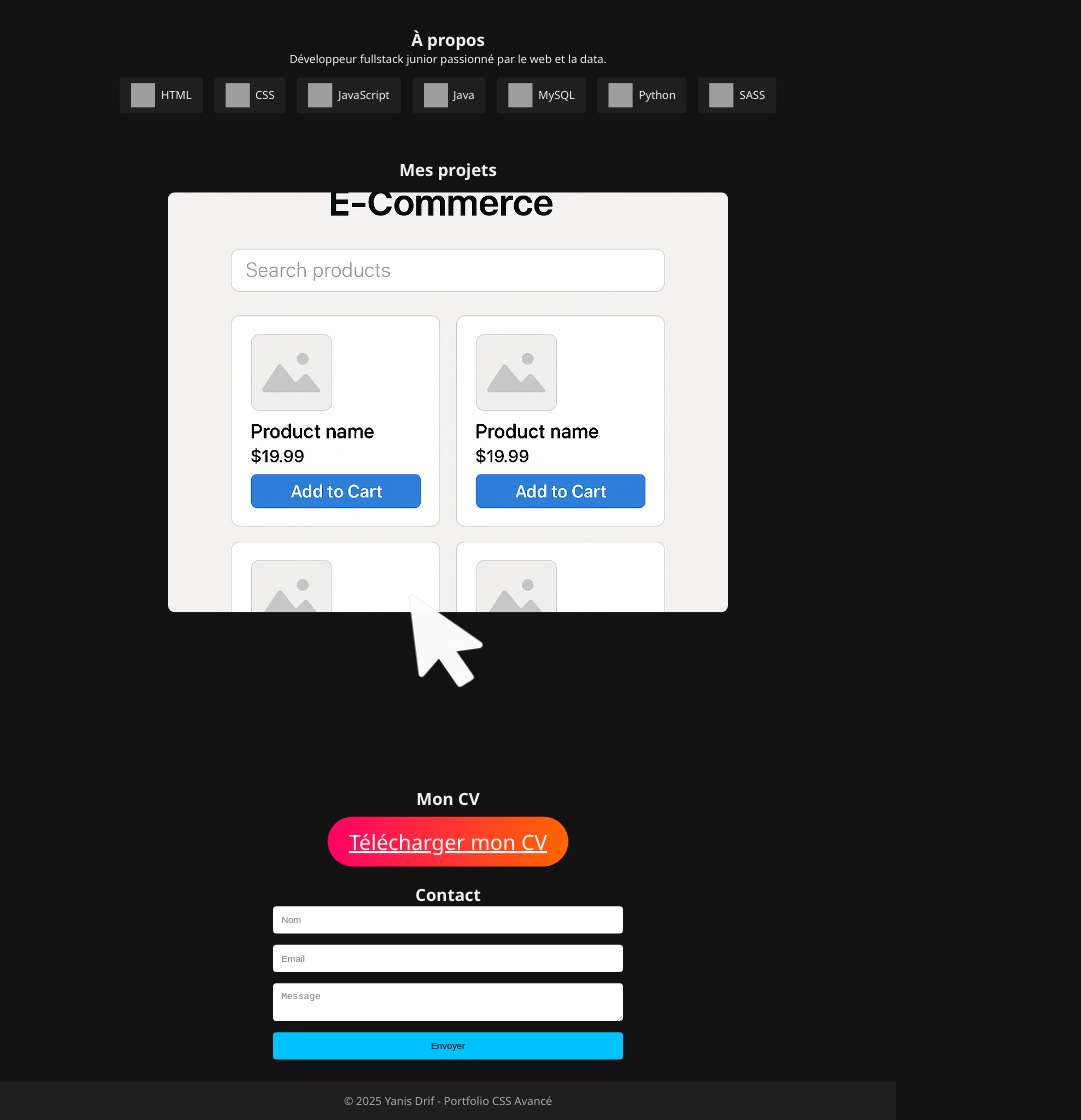
Repository: Yxniiss/ProjetCssAvance
Page: OneDrive/Bureau/Portfolio DrifYanis/home.html
The author's editor kept a copy of each file at every save. The page is drawn from the files as they stood at one save, then again after the next save.
The browser window is 1280 px wide. The page is 1544 px wide, so the pictures cover 1544 px, including what lies to the right of the window. The pictures show the part of the page from y = 824 to 2424 px (the page is 2424 px tall), at 70% of full size.
Pictures or frames that could not be fetched are drawn as grey boxes.

Above is the page before, as saved 2025-04-10 11:36:50.
Console error: TypeError: Cannot set properties of null (setting 'textContent')

### OneDrive/Bureau/Portfolio DrifYanis/home.html
<!DOCTYPE html>
<html lang="fr">
<head>
  <meta charset="UTF-8" />
  <meta name="viewport" content="width=device-width, initial-scale=1.0" />
  <title>Portfolio - Yanis Drif</title>
  <link rel="stylesheet" href="/style.css" />
  <script defer src="/script.js"></script>
</head>
<body>
  <nav class="navbar">
    <div class="logo">Yanis Drif</div>
    <ul class="nav-links">
      <li><a href="#apropos">À propos</a></li>
      <li><a href="#projets">Projets</a></li>
      <li><a href="#cv">CV</a></li>
      <li><a href="#contact">Contact</a></li>
    </ul>
  </nav>

  <header class="hero">
    <img src="/image/IMG_0965 (2).jpeg" alt="Photo de profil" class="hero__image" />
    <div class="hero__content">
      <h1 class="hero__name">Yanis Drif</h1>
      <p class="hero__tagline">Développeur <span>Web</span> & Passionné de Data</p>
      <p class="hero__desc">Musique 🎧 | Jeux Vidéo 🎮 | Basket 🏀</p>
      <a href="#projets" class="btn">Voir mes projets</a>
    </div>
  </header>

  <section id="apropos" class="section about">
    <h2>À propos</h2>
    <p>Développeur fullstack junior passionné par le web et la data.</p>
    <div class="skills">
      <div class="skill"><img src="https://devicon-website.vercel.app/api/html5/original-wordmark.svg" alt="HTML">HTML</div>
      <div class="skill"><img src="https://devicon-website.vercel.app/api/css3/original-wordmark.svg" alt="CSS">CSS</div>
      <div class="skill"><img src="https://devicon-website.vercel.app/api/javascript/original.svg" alt="JavaScript">JavaScript</div>
      <div class="skill"><img src="https://devicon-website.vercel.app/api/java/original-wordmark.svg" alt="Java">Java</div>
      <div class="skill"><img src="https://devicon-website.vercel.app/api/mysql/plain-wordmark.svg" alt="MySQL">MySQL</div>
      <div class="skill"><img src="https://devicon-website.vercel.app/api/python/original-wordmark.svg" alt="Python">Python</div>
      <div class="skill"><img src="https://devicon-website.vercel.app/api/sass/original.svg" alt="SASS">SASS</div>
    </div>
  </section>

  <section id="projets" class="section projets">
    <h2>Mes projets</h2>
    <div class="projects carousel">
      <img src="image/ChatGPT Image 10 avr. 2025, 11_03_09.png" alt="Projet 1"/>
      <img src="/image/ChatGPT Image 10 avr. 2025, 11_09_31.png" alt="Projet 2" />
      <img src="/image/ChatGPT Image 10 avr. 2025, 11_11_38.png" alt="Projet 3" />
    </div>
    <div class="cursor2">
      <img src="/image/fecd8f8b-00be-49a2-b5b1-3fb5a8c2059e.png">
    </div>
  </section>

  <section id="cv" class="section cv">
    <h2>Mon CV</h2>
    <a href="/doc/CV Yanis (1) (1).pdf" download class="btn2">Télécharger mon CV</a>
  </section>

  <section id="contact" class="section contact">
    <h2>Contact</h2>
    <form class="contact-form">
      <input type="text" placeholder="Nom" required />
      <input type="email" placeholder="Email" required />
      <textarea placeholder="Message" required></textarea>
      <button type="submit">Envoyer</button>
    </form>
  </section>

  <footer>
    <p>&copy; 2025 Yanis Drif - Portfolio CSS Avancé</p>
  </footer>
</body>
</html>

### OneDrive/Bureau/Portfolio DrifYanis/style.css
* {
    margin: 0;
    padding: 0;
    box-sizing: border-box;
  }

  body {
    font-family: "Segoe UI", sans-serif;
    background-color: #121212;
    color: #f1f1f1;
  }


  .navbar {
    display: flex;
    justify-content: space-between;
    padding: 1rem 2rem;
    background-color: #1f1f1f;
  }

  .nav-links {
    display: flex;
    list-style: none;
    gap: 1.5rem;
  }

  .nav-links a {
    color: #00c2ff;
    text-decoration: none;
  }

  .hero {
    padding: 3rem 1rem;
    text-align: center;

  }

  .hero__name{
    position: relative;
    left: 280px;
    bottom:500px;

  }

  .hero__tagline{
    position: relative;
    left:280px;
    bottom:490px;
  }

  .hero__desc{
    position: relative;
    left:280px;
    bottom:490px;}

  .hero__image {
    border-radius: 25%;
    width: 400px;
    border: 1px solid #ffffff;
    margin-bottom: 1rem;
    position: relative;
    right:500px ;
  }

  .section {
    padding: 2rem 1rem;
    text-align: center;
  }

  .projects {
    display: flex;
    justify-content: center;
    gap: 1rem;
    flex-wrap: wrap;
    margin-top: 1rem;
  }

  .projects img {
    width: 800px;
    height: 600px;
    -o-object-fit: cover;
       object-fit: cover;
    border-radius: 10px;
  }

  .cursor2 img{
    width: 180px;
    position:relative;
    bottom:50px

  }

  .skills {
    display: flex;
    flex-wrap: wrap;
    gap: 1rem;
    justify-content: center;
    margin-top: 1rem;
  }

  .skill {
    display: flex;
    align-items: center;
    gap: 0.5rem;
    background-color: #1f1f1f;
    padding: 0.5rem 1rem;
    border-radius: 5px;
    transition: 0.3s ease, opacity 0.3s ease;
  }

  .skill:hover{
    transform: scale(1.2);
    opacity: 0.8;
  }

  .skill img {
    width: 35px;
    height: 35px;
  }

  footer {
    padding: 1rem;
    text-align: center;
    background-color: #1f1f1f;
    color: #aaa;
  }

  .btn {
    padding: 15px 30px;
    font-size: 30px;
    position: relative;
    left: 300px;
    bottom:150px;
    color:white;
    background: linear-gradient(90deg, #ff0066, #ff6600);
    border:none;
    border-radius: 50px;
    cursor: pointer;
    box-shadow: 0 4px 15px rgba(255,0,102,0);
    transition: box-shadow 0.3s ease, transform 0.3s ease;
  }

  .btn:hover{
    box-shadow: 0 10px 20px rgba(255,0,102,0.5);
    transform: translateY(-3px);
  }

  .btn2 {
    padding: 15px 30px;
    font-size: 30px;
    position: relative;
    left: 0px;
    top:25px;
    color:white;
    background: linear-gradient(90deg, #ff0066, #ff6600);
    border:none;
    border-radius: 50px;
    cursor: pointer;
    box-shadow: 0 4px 15px rgba(255,0,102,0);
    transition: box-shadow 0.3s ease, transform 0.3s ease;
  }

  .btn2:hover{
    box-shadow: 0 10px 20px rgba(255,0,102,0.5);
    transform: translateY(-3px);
  }


  .contact-form {
    max-width: 500px;
    margin: auto;
    display: flex;
    flex-direction: column;
    gap: 1rem;
  }

  .contact-form input,
  .contact-form textarea {
    padding: 0.75rem;
    border: none;
    border-radius: 5px;
  }

  .contact-form button {
    background-color: #00c2ff;
    color: #000;
    padding: 0.75rem;
    border: none;
    border-radius: 5px;
    cursor: pointer;
  }

  .start h1{
    text-align: left;
    margin-top: 100px;
    font-size: 35px;
    margin-left: 100px;
  }

  .start h2{
    text-align: left;
    margin-top: 1px;
    font-size: 70px;
    margin-left: 100px;
  }

  .start h3{
    text-align: left;
    margin-top: 1px;
    font-size: 35px;
    margin-left: 100px;
  }

  #mot {
    color:#00c2ff;
  }

  #cursor{
    display: inline-block;
    width: 10px;
    background-color:black;
    animation: blink 0.8s step-end infinite;
  }

  @keyframes blink{
    50% {
      opacity: 0;
    }
  }

  @keyframes typing{
    from{
      width: 0;
    }
    to{
      width: 100%;
    }
  }

  #main{
    opacity: 0;
    transform: translateY(0);
    transition: opacity 5s ease, transform 5s ease;
  }

  body.loaded #main{
    opacity: 1;
    transform: translateY(0);
  }


  .start p{
    text-align: left;
    margin-left: 100px;
    margin-top: 20px;
    font-size: 20px;
  }

  .ntwrks {
    position: absolute;
    top: 410px;
    left: 110px;
    display: flex;
    flex-wrap: wrap;
    gap: 1rem;
  }

  .ntwrk {
    display: flex;
    align-items: center;
    gap: 0.5rem;
    background-color: #1f1f1f;
    padding: 1rem 1rem;
    border-radius: 100px;
    transition: 0.3s ease, opacity 0.3s ease;
  }

  .ntwrk:hover{
    transform: scale(1.2);
    opacity: 0.8;
  }

  .ntwrk img {
    width: 30px;
    height: 30px;
  }

  .modern-button{
    background-color:#00c2ff;
    font-size: 16px;
    font-weight: bold;
    border:none;
    padding: 15px 30px;
    border-radius: 25px;
    cursor: pointer;
    outline: none;
    position: relative;
    right:550px;
    top:120px;
    animation:glow 1.5s infinite alternate;
    transition: 0.3s ease, opacity 0.3s ease;
  }

  .modern-button a{
    color:white;
    text-decoration: none;
  }

  .modern-button:hover{
    transform: scale(1.2);
    opacity: 1;
  }

  @keyframes glow{
    0%{
      box-shadow: 0 0 10px 5px rgba(0, 194, 255, 0.6), 0 0 20px 10px rgba(0, 194, 255, 0.4);
    }
    100%{
      box-shadow: 0 0 20px 10px rgba(0, 194, 255, 1), 0 0 30px 15px rgba(0, 194, 255, 0.8);
    }
  }

  .image{
    max-width: 30%;
    position: relative;
    bottom: 350px;
    left: 350px;
  }

### OneDrive/Bureau/Portfolio DrifYanis/script.js

document.addEventListener('DOMContentLoaded', () => {
    // Scroll fluide
    document.querySelectorAll('a[href^="#"]').forEach(anchor => {
      anchor.addEventListener('click', function (e) {
        e.preventDefault();
        const target = document.querySelector(this.getAttribute('href'));
        if (target) {
          target.scrollIntoView({ behavior: 'smooth' });
        }
      });
    });

    // Carrousel automatique
    const images = document.querySelectorAll('.carousel img');
    let currentIndex = 0;

    function showSlide(index) {
      images.forEach((img, i) => {
        img.style.display = i === index ? 'block' : 'none';
      });
    }

    function nextSlide() {
      currentIndex = (currentIndex + 1) % images.length;
      showSlide(currentIndex);
    }

    if (images.length > 0) {
      showSlide(currentIndex);
      setInterval(nextSlide, 3000); // change every 3 seconds
    }
  });

  const mot = ["Etudiant", "Developpeur web", "Pasionné de code","Developpeur fullstack"];
  let index = 0;
  const element = document.getElementById("mot");
  const cursor = document.getElementById("cursor");

  let typingInterval;
  let currentWord = "";
  let currentCharIndex = 0;

  function  commencerTypingAnimation(){
    currentWord=mot[index];
    currentCharIndex = 0;
    element.textContent = '';

    typingInterval = setInterval(() =>{
      element.textContent += currentWord.charAt(currentCharIndex);
      currentCharIndex++;

      if(currentCharIndex === currentWord.length){
        clearInterval(typingInterval);
        setTimeout(changerMot,1000);
      }
    },150);
  }

  function changerMot(){
    element.textContent=mot[index];
    index++;
    if(index===mot.length){
      index=0;
    }
    commencerTypingAnimation();
  }
  commencerTypingAnimation();

  window.addEventListener('load', function () {
    document.body.classList.add('loaded');
  });

After the next save:
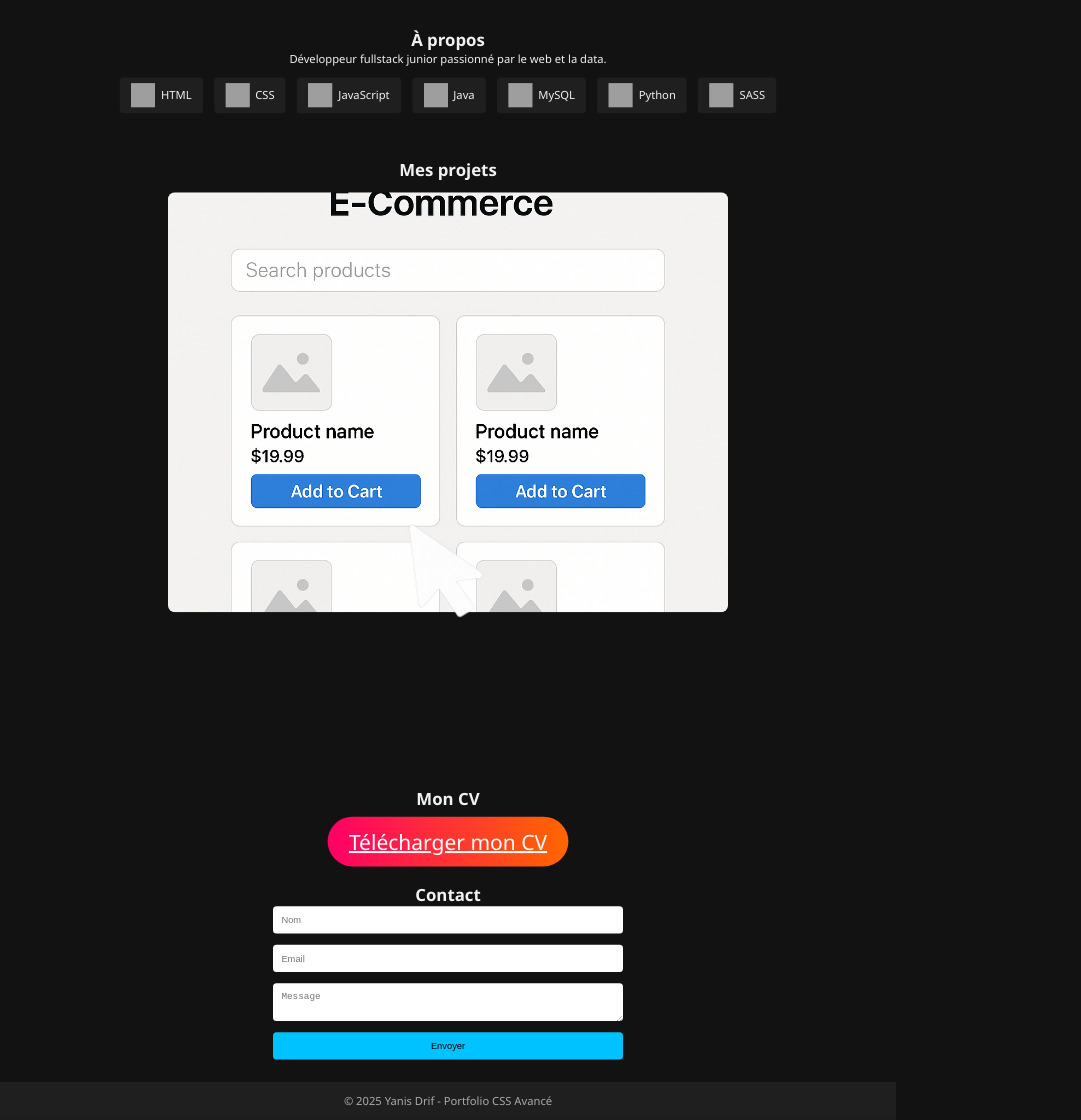
Saved 5 s later.
--- a/OneDrive/Bureau/Portfolio DrifYanis/style.css
+++ b/OneDrive/Bureau/Portfolio DrifYanis/style.css
@@ -86,7 +86,7 @@
   .cursor2 img{
     width: 180px;
     position:relative;
-    bottom:50px
+    bottom:150px
 
   }
 
